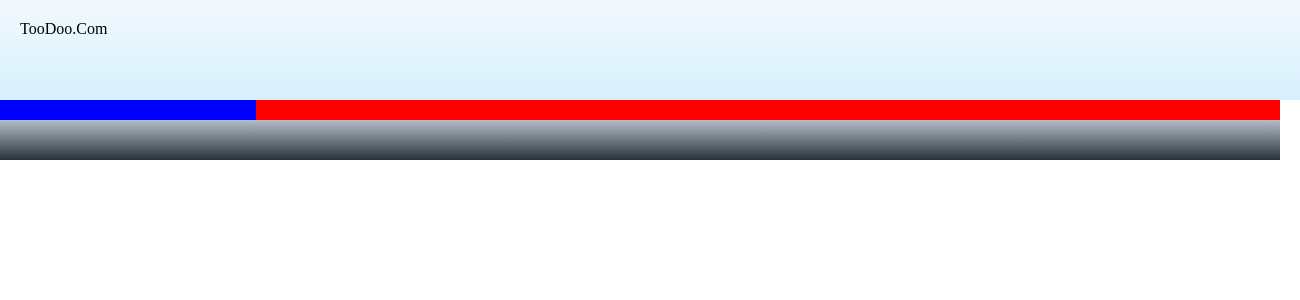
Repository: pleanoma/TooDoo
Page: http://localhost/TooDoo/Home.jsp
An editor plug-in stored every save of this project. The page is shown before and after the next save, followed by the edit.
The browser window is 1280 px wide. The page is 1300 px wide, so the pictures cover 1300 px, including what lies to the right of the window. The pictures show the whole page.
The page is served by Tomcat 9.

Above is the page before, as saved 2013-11-27 08:03:41.

After the next save:
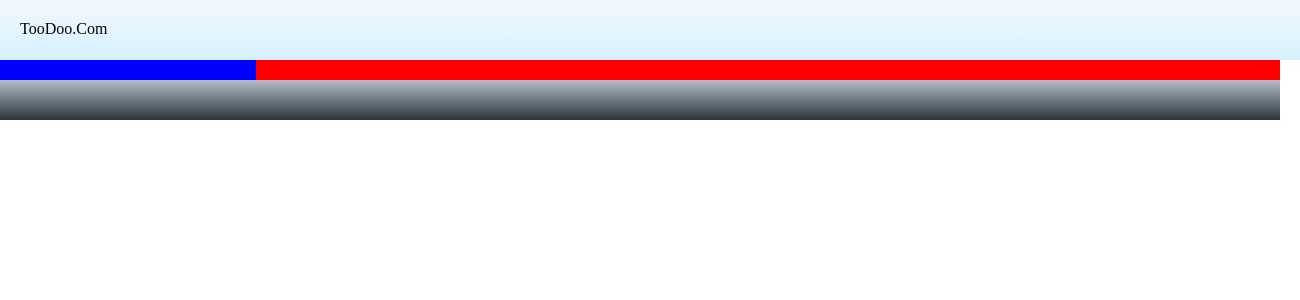
Saved 8 s later.
--- a/TooDoo/WebContent/css/style.css
+++ b/TooDoo/WebContent/css/style.css
@@ -8,8 +8,8 @@ html, body {
 }
 #header {
 	width: 100%;
-	height: 80px;
-	min-height: 80px;
+	height: 40px;
+	min-height: 40px;
 	padding: 10px;
 	background: green;
 	background: #f2f9fe; /* Old browsers */
